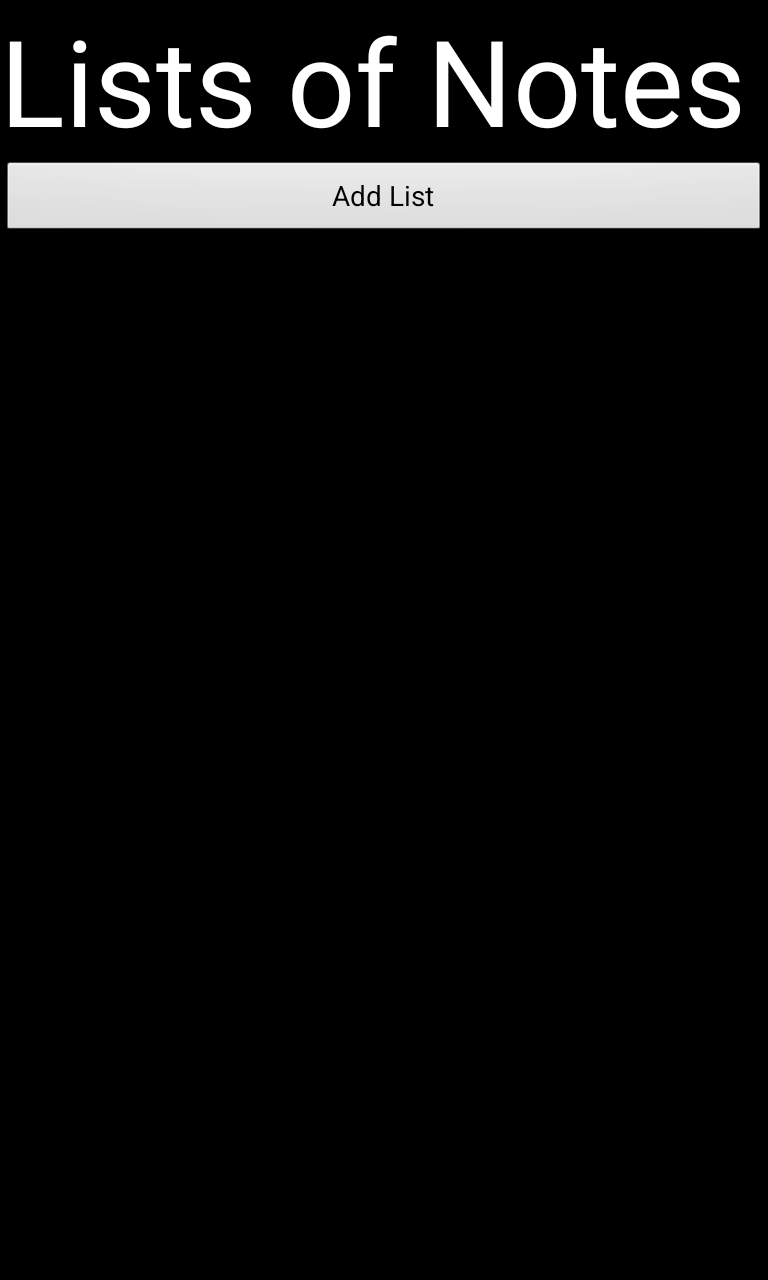
Repository: sandrapatfer/PROMPT11-10-CloudComputing.sandrapatfer
Layout: src/FinalWork/AndroidCloudNotes/AndroidCloudNotes/res/layout/tasklist_list_view.xml
These files come from the project's save history. The layout is drawn as it stood at one moment and after the next save; the edit follows.
It is drawn on a 768 x 1280 px phone screen (xhdpi) without system bars, with theme android:Theme; the app's code is not run. Lists and similar views that code fills are empty.

Above is the layout before, as saved 2012-06-03 19:58:51.

After the next save:
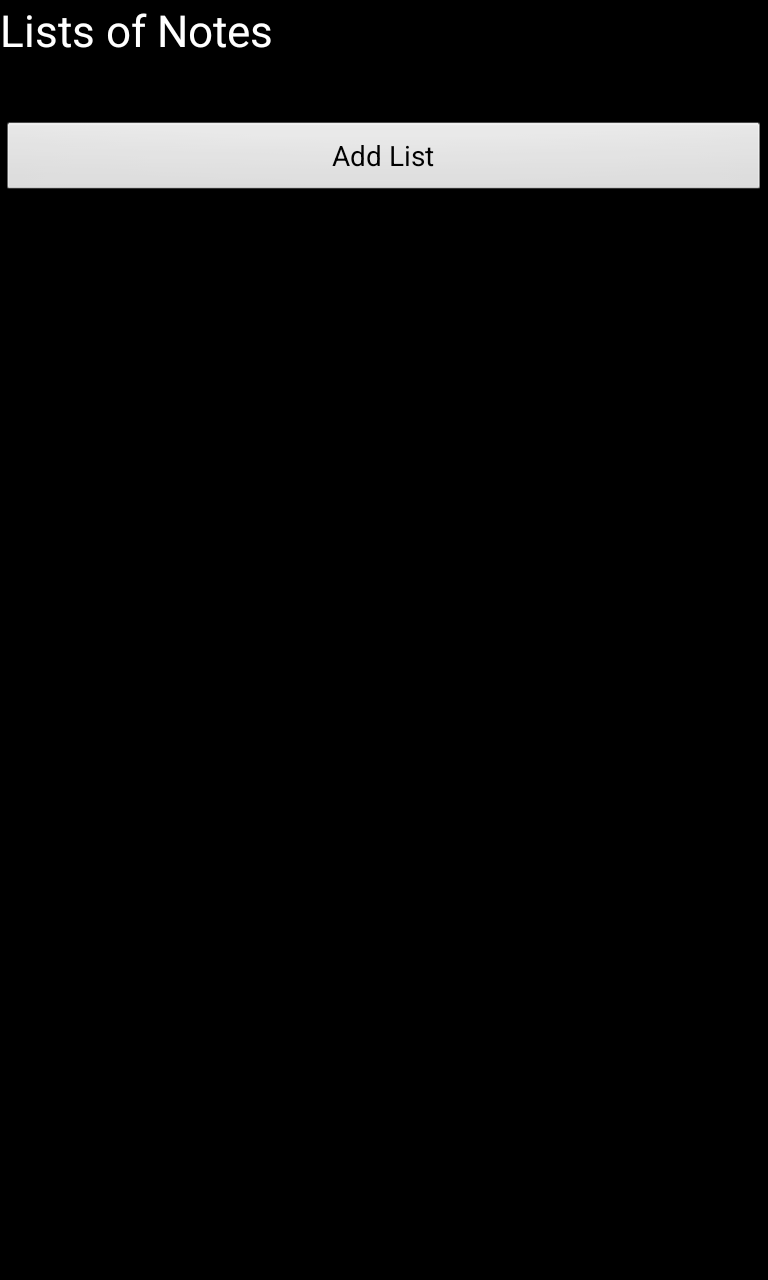
Saved 78 s later.
--- a/src/FinalWork/AndroidCloudNotes/AndroidCloudNotes/res/layout/tasklist_list_view.xml
+++ b/src/FinalWork/AndroidCloudNotes/AndroidCloudNotes/res/layout/tasklist_list_view.xml
@@ -6,11 +6,11 @@
 
     <TextView
         android:id="@+id/textView1"
-        android:layout_width="wrap_content"
-        android:layout_height="wrap_content"
+        android:layout_width="match_parent"
+        android:layout_height="60dp"
         android:text="@string/tasklist_title"
         android:textAppearance="?android:attr/textAppearanceLarge"
-        android:textSize="60dp" />
+         />
 
     <ListView
         android:id="@+id/tasklist_view"
